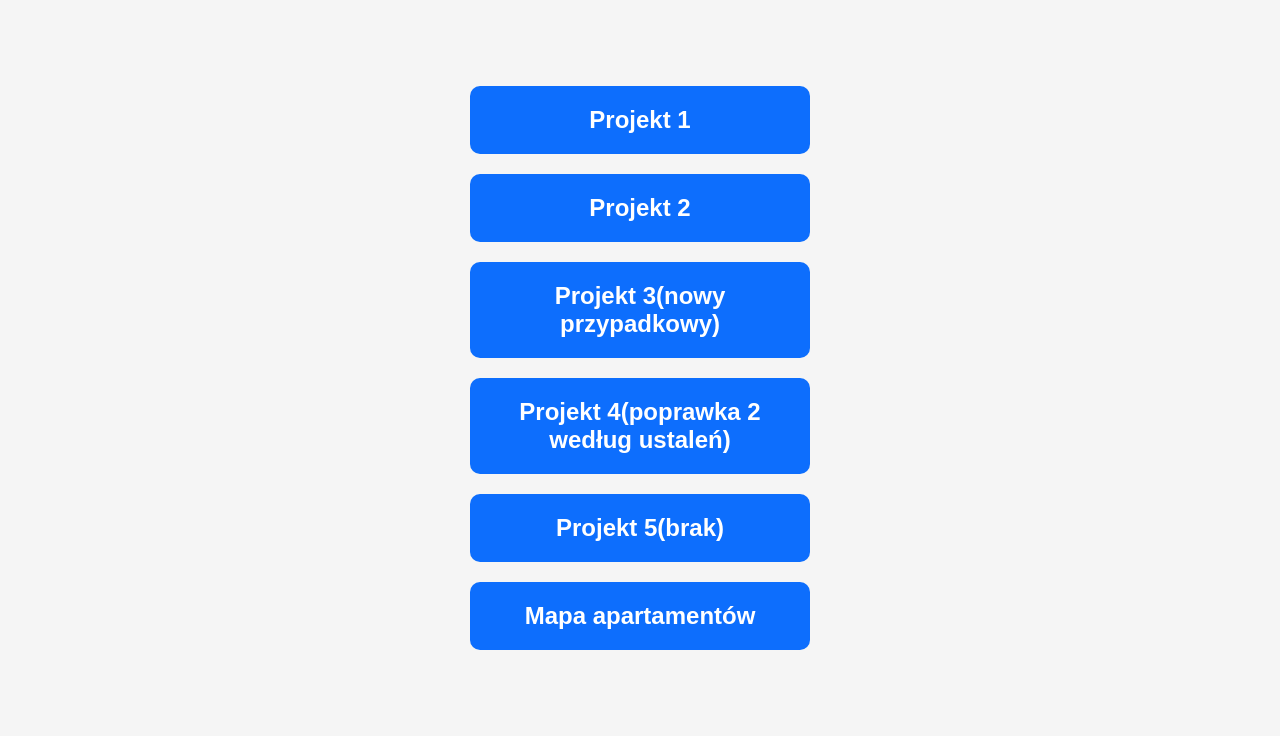
Repository: Adekbws/ogniskoKrynica.github.io
Page: index.html
An editor plug-in stored every save of this project. The page is shown before and after the next save, followed by the edit.
The browser window is 1280 px wide. The pictures show the whole page.

Above is the page before, as saved 2026-06-12 17:39:17.

After the next save:
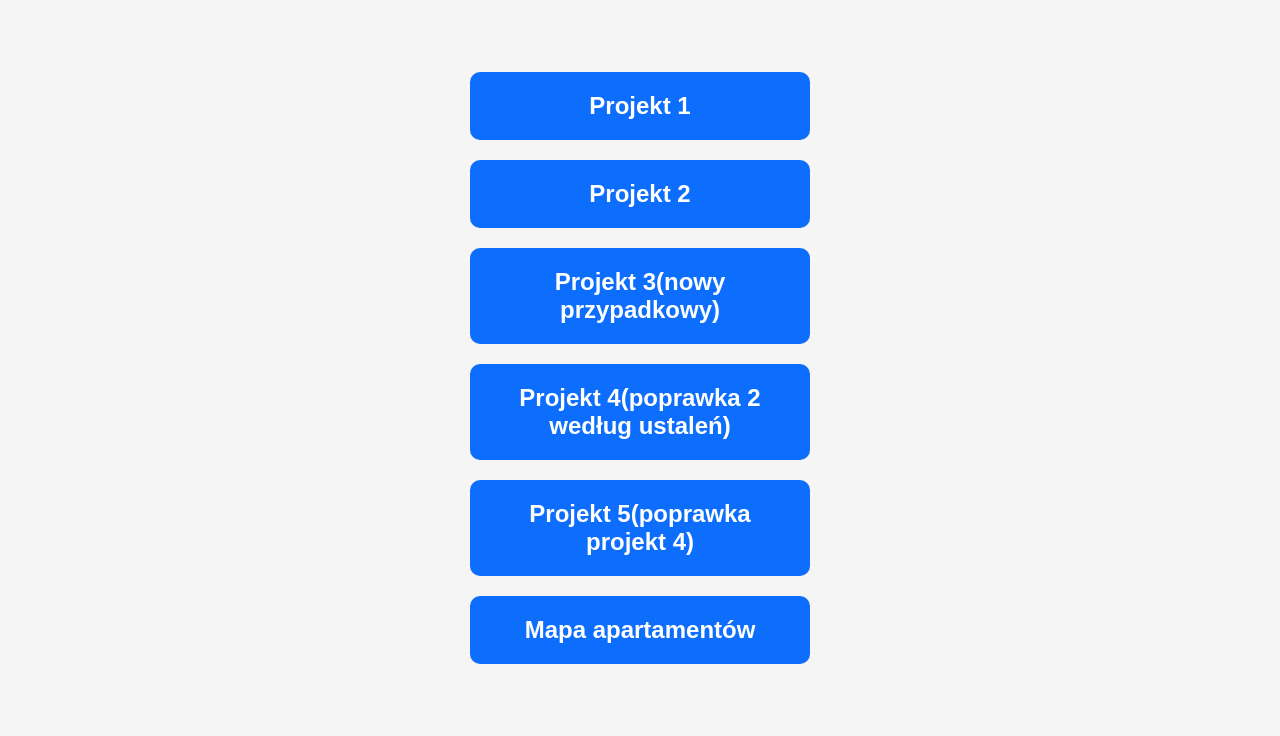
Saved 25 s later.
--- a/index.html
+++ b/index.html
@@ -40,7 +40,7 @@
     <a href="projekt2.html">Projekt 2</a>
     <a href="projekt3.html">Projekt 3(nowy przypadkowy)</a>
     <a href="projekt4.html">Projekt 4(poprawka 2 według ustaleń)</a>
-    <a href="projekt5.html">Projekt 5(brak)</a>
+    <a href="projekt5.html">Projekt 5(poprawka projekt 4)</a>
     <a href="mapa/index.html">Mapa apartamentów</a>
   </body>
 </html>
